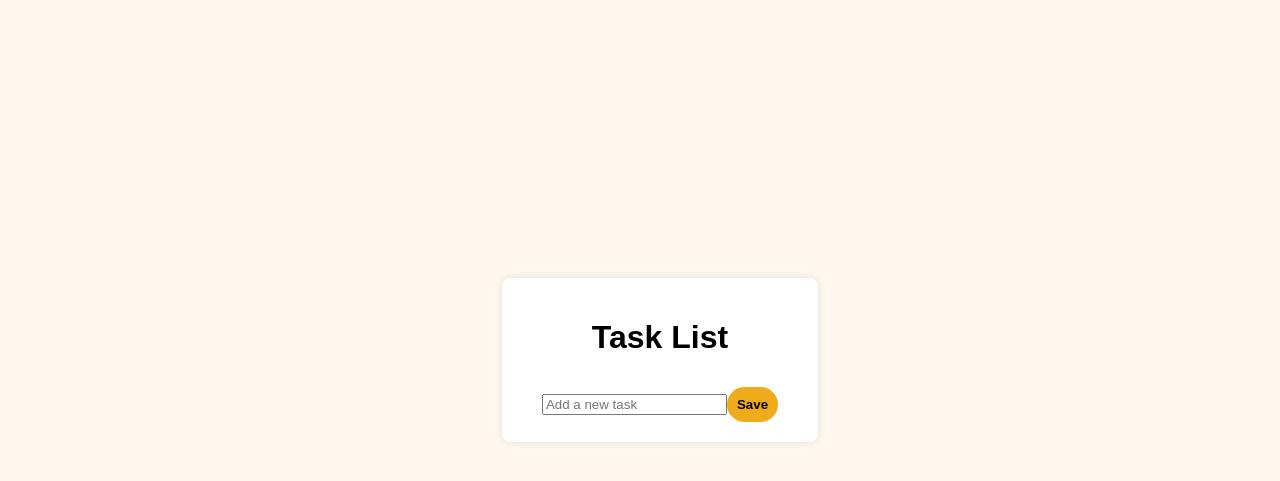
Repository: lpcmendoza/frontend-lab4
Page: /
The author's editor kept a copy of each file at every save. The page is drawn from the files as they stood at one save, then again after the next save.
The browser window is 1280 px wide. The pictures show the whole page.
The project was rebuilt for these pictures with package versions that can differ from the ones it lists, and the page was loaded fresh each time. Also part of the build but not shown: vite.config.js, src/index.css.

Above is the page before, as saved 2024-10-19 19:07:52.

After the next save:
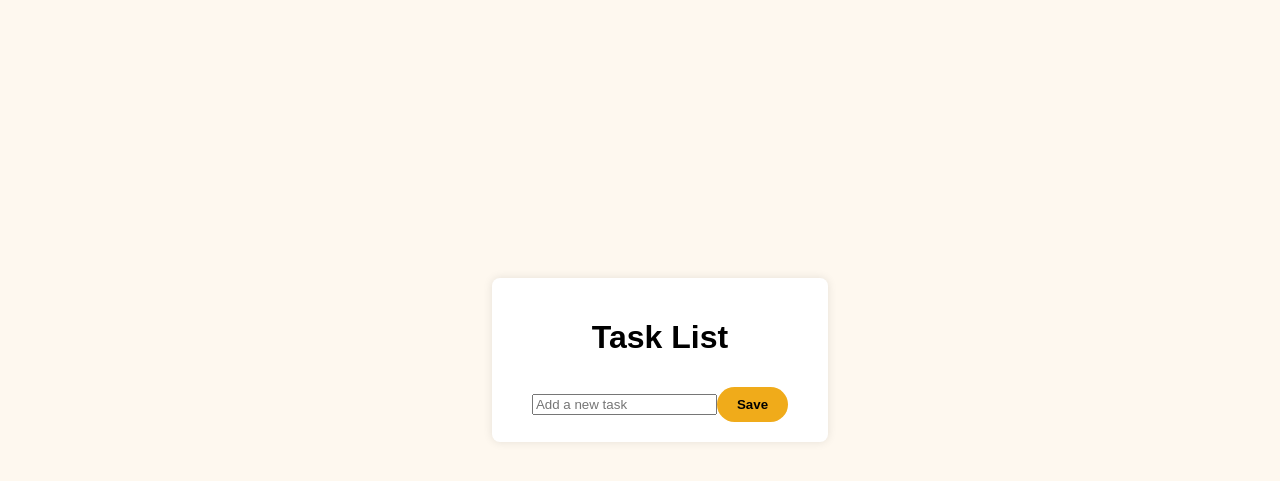
Saved 11 s later.
--- a/src/App.css
+++ b/src/App.css
@@ -36,7 +36,7 @@ li {
 
 button {
   margin-top: 10px;
-  padding: 10px;
+  padding: 10px 20px;
   background-color: #F0AB1A;
   color: black;
   border: none;
